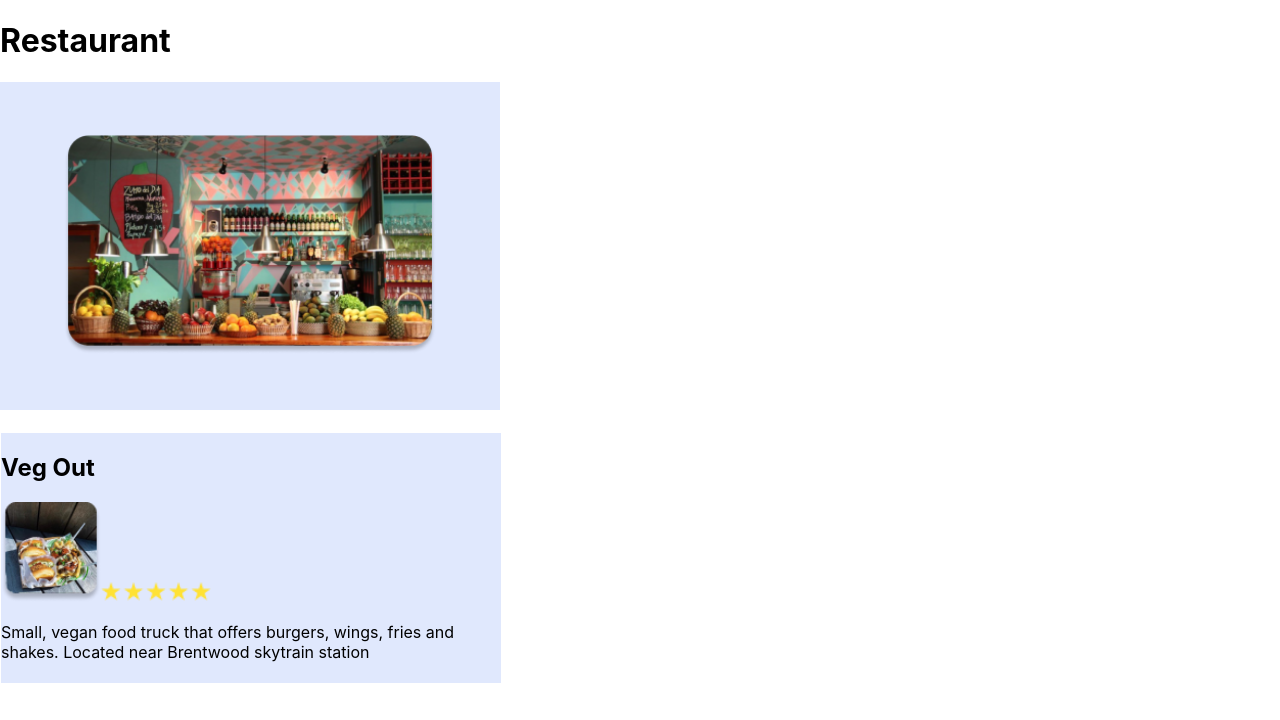
Repository: Kinakopan/design_mindfulEating_site
Page: /restaurant (app in firstapp/)
An editor plug-in stored every save of this project. The page is shown before and after the next save, followed by the edit.
The browser window is 1280 px wide. The pictures show the whole page.
The project was rebuilt for these pictures with package versions that can differ from the ones it lists, and the page was loaded fresh each time. The framework's server and built-in components were replaced by stand-ins that run in the browser. Also part of the build but not shown: firstapp/next.config.js.

Above is the page before, as saved 2022-04-20 16:57:13.

### firstapp/pages/restaurant.js
import ImgCard from "../comps/ImgCard";
import RestaurantCard from "../comps/RestaurantCard";
import ReCont from "../comps/RestaurantCard";
import ReImg from "../comps/RestaurantCard";
import Starts from "../comps/RestaurantCard";
import Button from "../comps/RestaurantCard";


export default function Restaurant(){

    return (
    <div>
        <h1>Restaurant</h1>

        <ImgCard
        img="/restaurant.png"
        bg="#E0E8FD"/>


    <main>
        <RestaurantCard>
        </RestaurantCard>
        <br></br>




    </main>
    </div>

    )
}

### firstapp/comps/ImgCard.js
import { Children } from 'react';
import styled from 'styled-components';

const CardCont = styled.div`
    background-color: ${props=>props.cl};
    color: ${props=>props.text_cl};
    min-width: 375px;
    max-width: 500px;
    padding: 1em 3em 1em 3em;
    border-radius: ${props=>props.border_radius}
`;

const DispImage = styled.img`
    width: 100%;
    padding: 1em;
`;

const List = styled.div`
    text-align: right;
`;

export default function ImgCard({
    img="/food1.png",
    bg="#E0E8FD",
    tcl="#08213E",
    title="",
    txt="",
    bor="",
    n1,n2,n3,n4="",
    Children=null

}){

    return <CardCont cl={bg} text_cl={tcl} border_radius={bor}>
        <h1>{title}</h1>
        <DispImage src={img}/>
        <List>
            <h2>{n1}</h2>
            <h2>{n2}</h2>
            <h2>{n3}</h2>
            <h2>{n4}</h2>
        </List>
        <p>{txt}</p>
        {Children}

    </CardCont>
}

### firstapp/comps/RestaurantCard.js

import styled from 'styled-components';


const ReCont = styled.div`
background-color:${props=>props.cl};
width:500px;
align-items: center;
position: absolute;
height: 250px;
left: 1px;
top: 433px;
`
;

const ReImg = styled.img`
width:20%;
padding: 1 1 auto auto;
`;


const Text = styled.p`
float:right;
font-size: 16px;
text-align: left;

`
;


const ResItem = styled.div`
text-align: justify;
`
;

const Title = styled.h2`

`
;

const Button = styled.img`
background-color:"red";
height:20px;
`


export default function RestaurantCard({
    img="/veg out.png",
    bg="#E0E8FD",
    h2="Veg Out",
    txt="Small, vegan food truck that offers burgers, wings, fries and shakes. Located near Brentwood skytrain station",


}){

    return <ReCont
    cl={bg} txt={txt}>
    <Title>{h2}</Title>

    <ResItem>

        <ReImg src={img}></ReImg>
        <Button img src="/start rating.png"></Button>
        <Text>{txt}</Text>


    </ResItem>

    </ReCont>
}


//export default function RestaurantCard(){
    //return(
   //     <img src="/veg out.png" />
   // )

//}

Loaded but not shown: firstapp/pages/_app.js (common file); firstapp/styles/globals.css (common file)

After the next save:
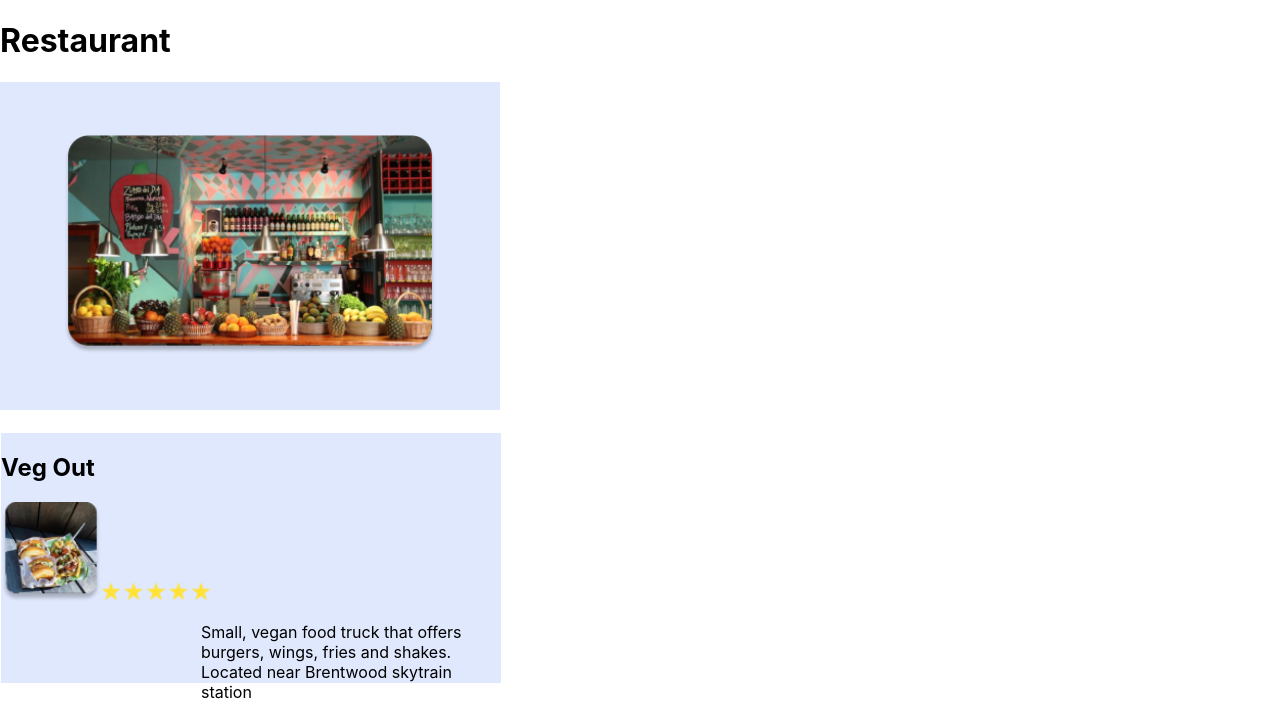
Saved 22 s later.
--- a/firstapp/comps/RestaurantCard.js
+++ b/firstapp/comps/RestaurantCard.js
@@ -21,6 +21,8 @@ padding: 1 1 auto auto;
 
 const Text = styled.p`
 float:right;
+width:60%;
+
 font-size: 16px;
 text-align: left;
 
